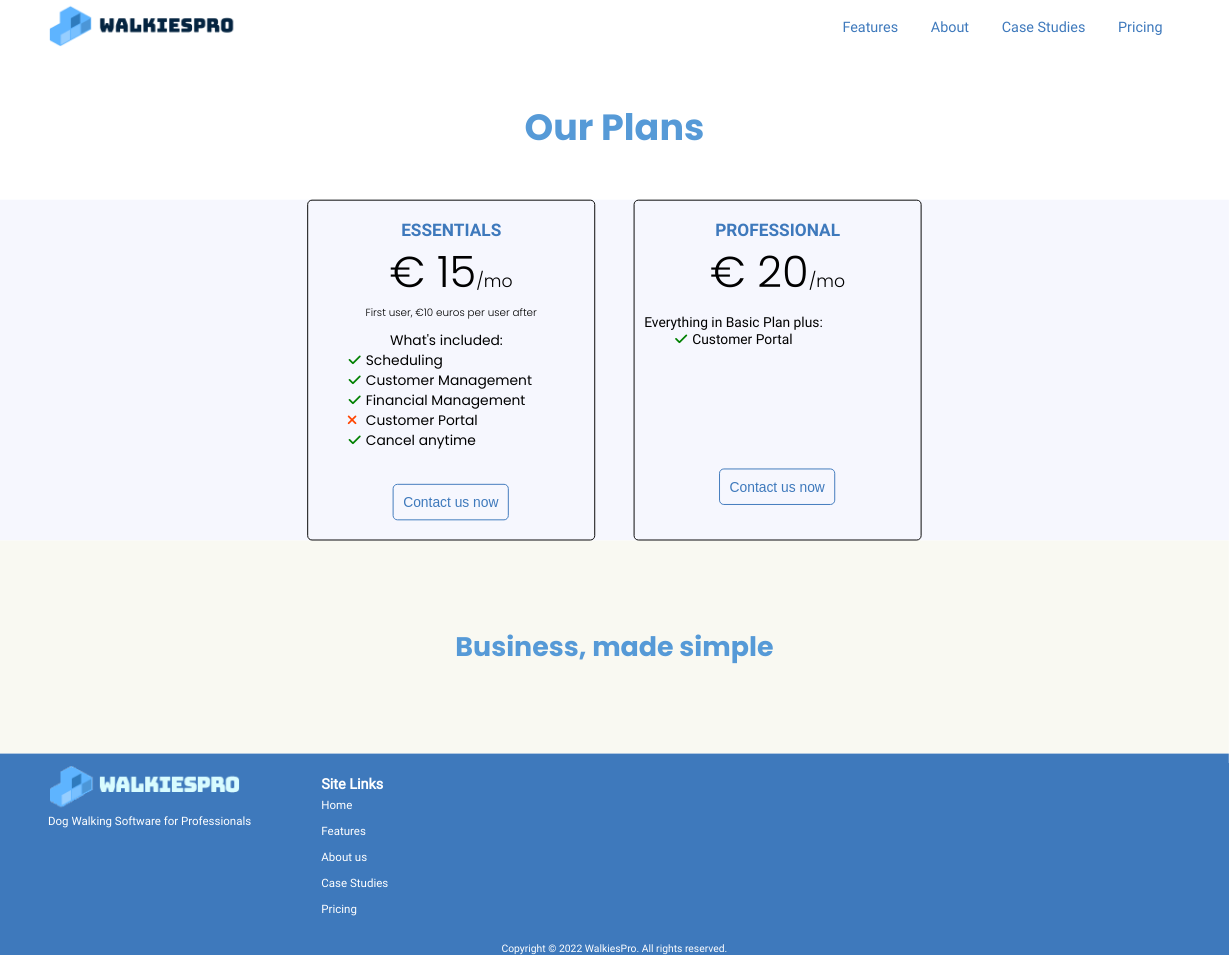
Repository: StevieC87/LAYOUT4
Page: pricing.html
An editor plug-in stored every save of this project. The page is shown before and after the next save, followed by the edit.
The browser window is 1280 px wide. The pictures show the whole page, at 96% of full size.

Above is the page before, as saved 2022-01-03 23:24:52.

### pricing.html
<!DOCTYPE html>
<html lang="en">
  <head>
    <meta charset="UTF-8" />
    <meta http-equiv="X-UA-Compatible" content="IE=edge" />
    <meta name="viewport" content="width=device-width, initial-scale=1.0" />
    <title>WalkiesPro Dog Walking Software</title>
    <link rel="stylesheet" href="css/styles.css" />
    <link rel="stylesheet" href="css/aboutus.css" />
    <link rel="stylesheet" href="css/footer.css" />
    <link rel="stylesheet" href="css/navbar.css" />
    <link rel="stylesheet" href="css/fonts.css" />
    <link rel="stylesheet" href="css/utilities.css" />
    <link rel="stylesheet" href="css/mediaqueries.css" />
    <link rel="stylesheet" href="css/pricing.css" />
    <!-- THIS js file - deferred so loads at the end -->
    <script type="text/javascript" src="js/scripts.js" defer></script>
    <link rel="stylesheet" href="https://use.fontawesome.com/releases/v5.15.4/css/all.css" integrity="sha384-DyZ88mC6Up2uqS4h/KRgHuoeGwBcD4Ng9SiP4dIRy0EXTlnuz47vAwmeGwVChigm" crossorigin="anonymous">


    <style></style>
  </head>
  <body>


    <div class="containernew">
      <div class="navwrapper">
        <!------------------ NAVBAR --------------------->
        <nav id="navbar" class="paddingspecial">
          <!--  <div class="paddingspecial"> -->
          <div id="logo" class="logodiv">
            <a href="index.html"><img src="images/logo.png" alt="logo" /></a>
          </div>
          <div id="hamburger-menu" class="hamburger-menu">
            <div class="line line-1"></div>
            <div class="line line-2"></div>
            <div class="line line-3"></div>
          </div>
          <div class="navlist">
            <ul tabindex="-1">
              <li><a class="current" href="features.html">Features</a></li>
              <li><a href="about-us.html">About</a></li>
              <li><a href="case-studies.html">Case Studies</a></li>
              <li><a href="pricing.html">Pricing</a></li>
            </ul>
          </div>
          <!-- </div> -->
        </nav>
      </div>
      <!-----------------HEADER--------------------->
      <section class="headerwrapper">
          <div class="headertitle">
            <h1>Our Plans</h1>
          </div>
      </section>
      <!------------------ PRICING TABLE --------------------->
      <section class="pricingouterwrapper">
          <div class="pricinginnerwrapper">
            <div class="pricingcard">
              <div class="cardtitle">ESSENTIALS</div>
              <div class="price">&#8364; 15<span class="miniprice">/mo</span></div>
              <div class=" centertext poppinslight smallfont ">First user, &#8364;10 euros per user after</div>
              <div class="pricelistdiv poppins">
                <div class="centertext" >What's included:</div>
              <!--   style="display: block" -->
                <ul class="pricelist poppins">
                      <li class="elementY">Scheduling</li>
                      <li class="elementY">Customer Management</li>
                      <li class="elementY">Financial Management</li>
                      <li class="elementx">Customer Portal</li>
                      <li class="elementY">Cancel anytime</li>
                    </ul>

              </div>
              <div class="btnprice">
                <button class="btn btnoutline">Contact us now</button>
              </div>
            </div>

            <!-- SECOND CARD PRO PLAN -->
            <div class="pricingcard" style="border: 1px solid black;">
             <div class="cardtitle">PROFESSIONAL</div>
             <div class="price">&#8364; 20<span class="miniprice">/mo </span>
             </div>
             <div class="pricelistdiv">Everything in Basic Plan plus:
                <ul class="pricelist  ">
                    <li class="elementY">Customer Portal</li>
                </ul>
             </div>
             <div class="btnprice">
              <button class="btn btnoutline ">Contact us now</button>
            </div>
        </div>

      </section>
      <!------------------ CONTACT US SECTION --------------------->
     <section class="contactuswrapper">
       <div class="contactusinnerwrapper">
        <h3 class="centertext">Business, made simple</h3>

       </div>
     </section>
      <!------------------ FOOTER --------------------->
      <footer id="footer">
        <div class="footerwrapper">
          <div class="footergriditem1">
            <img class="bottomlogo" src="images/logoblue.png" alt="logo" />
            <span class="whitetext bottomphrase"
              >Dog Walking Software for Professionals</span
            >
          </div>

          <div class="footergriditem2">
            <div><b class="whitetext footerlinkstitle">Site Links</b></div>
            <ul class="whitetext ulnostyle anostyle" style="font-size: 12px">
              <li><a href="../layout/index.html">Home</a> </li>
              <li><a href="features.html">Features</a> </li>
              <li><a href="about-us.html">About us</a> </li>
              <li><a href="case-studies.html">Case Studies</a></li>
              <li><a href="pricing.html">Pricing</a></li>
            </ul>
          </div>
          <div class="footergriditem3 whitetext smallfont">Copyright © 2022 WalkiesPro. All rights reserved.</div>
        </div>

      </footer>
    </div>
    <!-- end container -->

    <!------------------ SIDE MENU --------------------->
    <div id="menuhidden" class="menuhidden hiddenright">
      <div class="slidemenu">
        <ul tabindex="-1" aria-hidden="true">
          <li><a class="activeSidebarLi" href="index.html">Home</a></li>
          <li><a class="current" href="features.html">Features</a></li>
          <li><a href="about-us.html">About</a></li>
          <li><a href="case-studies.html">Case Studies</a></li>
          <li><a href="pricing.html">Pricing</a></li>
          <!--    <hr /> -->
        </ul>
      </div>
    </div>
  </body>
</html>

### css/styles.css
:root {
  /*  --myblue: #5da3df; */
  --myblue: #3e79bc;
  --myblueh1: #569ad7;
}

html,
body {
  box-sizing: border-box;
  font-size: 18px;
  font-family: Roboto;
  /*  line-height: 1rem; */
  margin: auto;
}
*,
*:before,
*:after {
  box-sizing: inherit;
}

h1,
h2,
h3,
h4,
h5,
h6 {
  font-family: PoppinsBold;
  color: var(--myblueh1);
  /* #5da3df */
  padding: 10px 0 10px 0;
  margin: 0px;
}
h1 {
  font-size: 38px;
  line-height: 2.8rem;
}
h2 {
  font-size: 38px;
}
h3 {
  font-size: 28px;
}
h4 {
  font-size: 26px;
}
h5 {
  font-size: 20px;
}
h6 {
  font-size: 18px;
}

.containernew {
  width: 100%;
}

### css/aboutus.css
/* * * * * * * * * * * * * * * * * * * * * * * * * * * * * * * * * * * * * * * *
ABOUT US
* * * * * * * * * * * * * * * * * * * * * * * * * * * * * * * * * * * * * * * */
.headerwrapper {
  width: 100%;
  display: grid;
  padding: 40px 0 40px 0;
}
.headertitle {
  grid-template-columns: 1fr;
  align-self: center;
  justify-self: center;
}

.headertextunder {
  /* max-width: 80%;  */
  max-width: 800px;
  grid-template-columns: 1fr;
  align-self: center;
  justify-self: center;
  font-size: 1rem;
  padding-top: 30px;
}
.meettheteamwrapper {
  width: 100%;
  display: grid;
  justify-content: center;
  background-color: #f6f7fe;
}
.meettheteamh2 {
  padding-top: 40px;
  text-align: center;
  /*  color: purple; */
  color: var(--myblueh1);
  /* color: #7f55ff; */
  width: 100%;
}
.meettheteamh2 > h2 {
  color: inherit;
}
.meetteamprofiles {
  max-width: 1000px;
  justify-content: center;
  display: grid;
  grid-template-columns: 1fr;
  grid-gap: 40px;
}
.contactuswrapper {
  padding: 80px 0 80px 0;
  background-color: #f9f9f2;
}
.contactusinnerwrapper {
}

.aboutusformgrid {
  max-width: 300px;
  margin: 0 auto;
  padding: 0 20px 0px 20px;
}
.textareadiv {
}
textarea {
  width: 100%;
  max-width: 300px;
  border-radius: 5px;
  border: 1px solid var(--myblue);
}
input,
label {
  display: block;
  width: 100%;
  max-width: 300px;
}
input {
  border-radius: 5px;
  border: 1px solid var(--myblue);
  padding: 10px;
}
label {
  padding-bottom: 5px;
  padding-top: 20px;
  color: var(--myblue);
}
@media (min-width: 336px) {
  .meetteamprofiles {
    grid-template-columns: 1fr 1fr;
  }
  .meettheteamprofile1 {
    justify-self: center;
    align-self: center;
  }
  .meettheteamprofile2 {
  }
}

### css/footer.css
/* * * * * * * * * * * * * * * * * * * * * * * * * * * * * * * * * * * * * * * *
                    FOOTER
* * * * * * * * * * * * * * * * * * * * * * * * * * * * * * * * * * * * * * * */

footer {
  background-color: var(--myblue);
  width: 100%;
  display: flex;
  justify-content: center;
  padding-top: 10px;
}
/* DEFAULT FOR SMALL SCREEN - MOBILE FIRST */
.footerwrapper {
  /* this is the inner div that serves as a grid with equal columns as container */
  width: 1200px;
  display: grid;
  grid-template-columns: 1fr;
  grid-gap: 0.2rem;
}
/* DEFAULT FOR SMALL SCREEN - MOBILE FIRST */
.footergriditem1 {
  grid-row: 1 / 2;
  /* grid-column: 1 / 2; */
  grid-column: 1 / -1;
}
/* DEFAULT FOR SMALL SCREEN - MOBILE FIRST */
.footergriditem2 {
  /* grid-column: 2 / 3; */
  grid-column: 1 / -1;
  grid-row: 3 / 4;
  padding-left: 10px;
  justify-self: start;
  padding-top: 10px;
  padding-bottom: 10px;

  /*  justify-self: self-end; */
  /* padding: 20px 0 0 40px; */
}
.footergriditem2:first-child {
  margin: 10px 0 10px 0;
}
.footergriditem3 {
  grid-row: 4 / 5;
  grid-column: 1 / -1;
  justify-self: center;
  align-self: center;
}
.bottomlogo {
  padding: 0px 0 0px 10px;
}
.bottomphrase {
  padding-left: 10px;
  display: block;
  text-align: left;
  font-size: 12px;
}
.footerlinkstitle {
  font-size: 15px;
}

@media (min-width: 336px) {
}
@media (min-width: 450px) {
  .footerwrapper {
    grid-template-columns: 226px 200px 1fr 0.2fr 0.2fr 0.2fr;
  }
  .footergriditem1 {
    grid-row: 1 / 2;
    grid-column: 1 / 2;
  }
  .footergriditem2 {
    grid-row: 1 / 2;
    grid-column: 2 / 3;
    padding-left: 0px;
    justify-self: center;
    padding-top: 10px;
    padding-bottom: 10px;
  }
}

### css/navbar.css
/* * * * * * * * * * * * * * * * * * * * * * * * * * * * * * * * * * * * * * * *
                          NAVBAR
* * * * * * * * * * * * * * * * * * * * * * * * * * * * * * * * * * * * * * * */
.navwrapper {
  display: flex;
  justify-content: center;
}
nav {
  background-color: white;
  width: 1200px;
  display: flex;
  justify-content: space-between;
}

.logodiv {
  padding-top: 5px;
  padding-left: 10px;
}
#navbar ul {
  list-style: none;
  margin-right: 15px;
  /*   float: right; */
}

#navbar ul li {
  float: left;
}

#navbar ul li a {
  display: block;
  margin: 0 14px 0 20px;
  /* padding: 0 20px 0 10px; */
  text-align: center;
  text-decoration: none;
  color: var(--myblue);
  /*  color: black; */

  font-size: 15px;
  /*  border-bottom: 1px solid transparent; */

  line-height: 21px;
}
#navbar ul li a:hover {
  /*  text-decoration: underline; */
  /*  border-bottom: 1px solid var(--myblue); */
  color: #9370db;
}

/* * * * * * * * * * * * * * * * * * * * * * * * * * * * * * * * * * * * * * * *
HAMBURGER MENU
* * * * * * * * * * * * * * * * * * * * * * * * * * * * * * * * * * * * * * * */

.hamburger-menu {
  width: 30px;
  height: 30px;
  padding-top: 7px;
  position: absolute;
  top: 7px;
  right: 10px;
  display: flex;
  flex-direction: column;
  justify-content: space-between;
  cursor: pointer;
  z-index: 100;
}

.line {
  width: inherit;
  height: 3px;
  background-color: var(--myblue);
  border-radius: 2px;
  transition-property: transform;
  transition-duration: 500ms;

  /*   transform-origin: right;
  transition: transform 0.5s; */
}

.line.openline:nth-child(1) {
  transform: translate(0px, 10px) rotate(45deg);
  /*  transform-origin: top; */
}
.line.openline:nth-child(2) {
  opacity: 0;
}
.line.openline:nth-child(3) {
  transform: translate(0px, -10px) rotate(-45deg);

  /*   transform-origin: top; */
}

.menuhidden {
  height: 100vh;
  width: 200px;
  background-color: white;
  position: fixed;
  top: 0;
  right: -200px;
  transition: ease 0.2s;
}

.visibleright {
  right: 0px;
  /*   transition: ease 4s; */
}
/* --------- SLIDEMENU ---------- */
.slidemenu ul {
  list-style: none;
  padding-top: 45px;
  padding-left: 0px;
  width: 100%;
  /*   float: right; */
}
.slidemenu ul li {
}
.slidemenu ul li a {
  display: block;
  padding: 10px 5px 10px 5px;
  margin: 0px 5px 0px 5px;
  text-align: center;
  text-decoration: none;
  line-height: 1.5rem;
  color: var(--myblue);
}
.slidemenu ul li a:hover {
  background-color: #fbfbfa;
  border-radius: 15px;
  /* opacity: 0.5; */
}
.activeSidebarLi {
  background-color: #fbfbfa;
  border-radius: 15px;
}
/* END SLIDEMENU */

### css/fonts.css
/* * * * * * * * * * * * * * * * * * * * * * * * * * * * * * * * * * * * * * * *
        FONT FAMILIESS
* * * * * * * * * * * * * * * * * * * * * * * * * * * * * * * * * * * * * * * */
@font-face {
  font-family: 'Bungee';
  src: url('../fonts/Bungee-Regular.ttf');
  src: local('☺'), url('../fonts/Bungee-Regular.ttf') format('truetype');
  font-display: block;
}
@font-face {
  font-family: 'Roboto';
  src: url('../fonts/Roboto-Regular.ttf');
  src: local('☺'), url('../fonts/Roboto-Regular.ttf') format('truetype');
  font-display: block;
}
@font-face {
  font-family: 'Roboto-Bold';
  src: url('../fonts/Roboto-Bold.ttf');
  src: local('☺'), url('../fonts/Roboto-Bold.ttf') format('truetype');
  font-display: block;
}
@font-face {
  font-family: 'Ubuntu';
  src: url('../fonts/Ubuntu-Regular.ttf');
  src: local('☺'), url('../fonts/Ubuntu-Regular.ttf') format('truetype');
  font-display: block;
}
@font-face {
  font-family: 'UbuntuBold';
  src: url('../fonts/Ubuntu-Bold.ttf');
  src: local('☺'), url('../fonts/Ubuntu-Bold.ttf') format('truetype');
  font-display: block;
}
@font-face {
  font-family: 'Poppins';
  src: url('../fonts/Poppins-Regular.ttf');
  src: local('☺'), url('../fonts/Poppins-Regular.ttf') format('truetype');
  font-display: block;
}
@font-face {
  font-family: 'PoppinsBold';
  src: url('../fonts/Poppins-Bold.ttf');
  src: local('☺'), url('../fonts/Poppins-Bold.ttf') format('truetype');
  font-display: block;
}
@font-face {
  font-family: 'PoppinsLight';
  src: url('../fonts/Poppins-Light.ttf');
  src: local('☺'), url('../fonts/Poppins-Light.ttf') format('truetype');
  font-display: block;
}
@font-face {
  font-family: 'FontAwesome';
  src: url('../fonts/fa-solid-900.ttf');
  src: local('☺'), url('../fonts/fa-solid-900.ttf') format('truetype');
  font-display: block;
}
.bungee {
  font-family: Bungee;
}
.ubuntu {
  font-family: Ubuntu;
}
.ubuntuBold {
  font-family: UbuntuBold;
}
.poppins {
  font-family: Poppins;
}
.poppinslight {
  font-family: PoppinsLight;
}
.poppinsbold {
  font-family: PoppinsBold;
}

### css/utilities.css
.btn {
  cursor: pointer;
  transition-property: background-color, color, border;
  transition-duration: 200ms;
  transition-timing-function: ease-in;
}

.btnoutline {
  background-color: transparent;
  border: 1px solid var(--myblue);
  border-radius: 5px;
  color: var(--myblue);
  padding: 10px;
  font-size: 0.8rem;
  /*  font-weight: bold */
}
.allfeaturesbtn {
  padding: 15px 20px 15px 20px;
  border-radius: 10px;
  border: 1px solid var(--myblue);
  /*   background-color: var(--myblue); */
  background-color: WHITE;
  /* color: white; */
  color: var(--myblue);
  font-weight: bold;
  font-size: 1.2rem;
}
.allfeaturesbtn:hover {
  background-color: var(--myblue);
  color: white;
}
.submit {
  margin-top: 20px;
  padding: 8px 6px 8px 6px;
  border-radius: 6px;
  width: 100px;
  background-color: var(--myblue);
  border: 1px solid var(--myblue);
  color: #f9f9f2;
  font-size: 1.2rem;
  /*  font-weight: bold; */
}

/* * * * * * * * * * * * * * * * * * * * * * * * * * * * * * * * * * * * * * * *
UTILITY CLASSES
* * * * * * * * * * * * * * * * * * * * * * * * * * * * * * * * * * * * * * * */

.centertext {
  text-align: center;
}
.centerimg {
  display: block;
  margin-left: auto;
  margin-right: auto;
  /*   width: 50%; */
}
.centerhorizvert {
  align-self: center;
  justify-self: center;
}
/* visible/invis from screen readers & visually */
.invisible {
  visibility: hidden;
}
.visible {
  visibility: visible;
}
.whitetext {
  color: white;
}
.smallfont {
  font-size: 0.6rem;
}
.mediumfont {
  font-size: 0.8rem;
}
.ulnostyle {
  list-style: none;
  line-height: 1.5rem;
  padding: 0;
  margin: 0;
}
.anostyle > li a {
  text-decoration: none;
  color: white;
}

### css/mediaqueries.css
/* to switch to hamburger menu */
@media (min-width: 677px) {
  .hamburger-menu {
    visibility: hidden;
  }
  .section2divrow {
    grid-template-columns: 1fr 1fr;
  }
  .section1innerwrapper {
    grid-template-columns: 2fr 1fr;
  }
}
@media (max-width: 676px) {
  /* HIDE NAV LI WHEN SMALL SCREEN */
  nav {
    width: 1200px;
  }

  .navlist {
    visibility: hidden;
    display: none;
  }
  .hamburger-menu {
    visibility: visible;
  }

  /* ADVANCED SCHEDULING DIV - flip order: image last */
  .section2imgleft1 {
    grid-row: 2;
  }
  .section2textright1 {
    grid-row: 1;
  }
  /* FINANCIAL MANAGEMENT DIV - flip order: image last */
  .section2imgleft3 {
    grid-row: 2;
  }
  .section2textleft3 {
    grid-row: 1;
  }
}

### css/pricing.css
.pricingcard {
  border: 1px solid black;
  border-radius: 5px;
  min-height: 300px;
  min-width: 300px;
  font-size: 0.8rem;
  /*  background-color: #fbfbfa; */
}
.cardtitle {
  text-align: center;
  color: var(--myblue);
  padding: 20px 0 0 0;
  font-size: 1rem;
  font-family: Roboto-Bold;
}

.price {
  text-align: center;
  font-size: 2.5rem;
  font-family: PoppinsLight;
}
.miniprice {
  font-size: 1rem;
}
.pricelistdiv {
  padding: 10px 20px 0px 10px;
  height: 170px;
}
.pricingcard1 {
}
.pricingcard2 {
}

.pricelist {
  list-style-type: none;
  padding-top: 0px;
  margin-block-start: 0em;
}
.pricelist li {
  padding-left: 10px;
}
li:before {
}

.elementx::before {
  color: orangered;
  content: '\f00d'; /* FontAwesome Unicode */
  font-family: FontAwesome;
  display: inline-block;
  margin-left: -1.3em; /* same as padding-left set on li */
  width: 1.3em; /* same as padding-left set on li */
}
.elementY::before {
  color: green;
  content: '\f00c'; /* FontAwesome Unicode */
  font-family: FontAwesome;
  display: inline-block;
  margin-left: -1.3em; /* same as padding-left set on li */
  width: 1.3em; /* same as padding-left set on li */
}
.btnprice {
  width: 122px;
  margin: 0 auto;
  padding-bottom: 20px;
}

.pricingouterwrapper {
  width: 100%;
  display: grid;
  justify-content: center;
  background-color: #f6f7fe;
}
.pricinginnerwrapper {
  max-width: 1000px;
  justify-content: center;
  display: grid;
  grid-template-columns: 1fr;
  grid-gap: 40px;
}
@media (min-width: 676px) {
  .pricinginnerwrapper {
    grid-template-columns: 1fr 1fr;
  }
}

### js/scripts.js
const hamburgerbutton = document.querySelector('#hamburger-menu');
hamburgerbutton.addEventListener('click', function () {
  //  vis();
  slide();
  transformlines();
});

function slide() {
  const slideme = document.querySelector('#menuhidden');
  const slidemeclasses = slideme.classList;
  //  slideme.classList.replace('hiddenright', 'visibleright');
  const slidemeclassestoggle = slidemeclasses.toggle('visibleright');
}

function transformlines() {
  //for each line add a class ideally
  document.querySelectorAll('.line').forEach((item) =>
    //item.style.backgroundColor = "pink"
    item.classList.toggle('openline')
  );
}

After the next save:
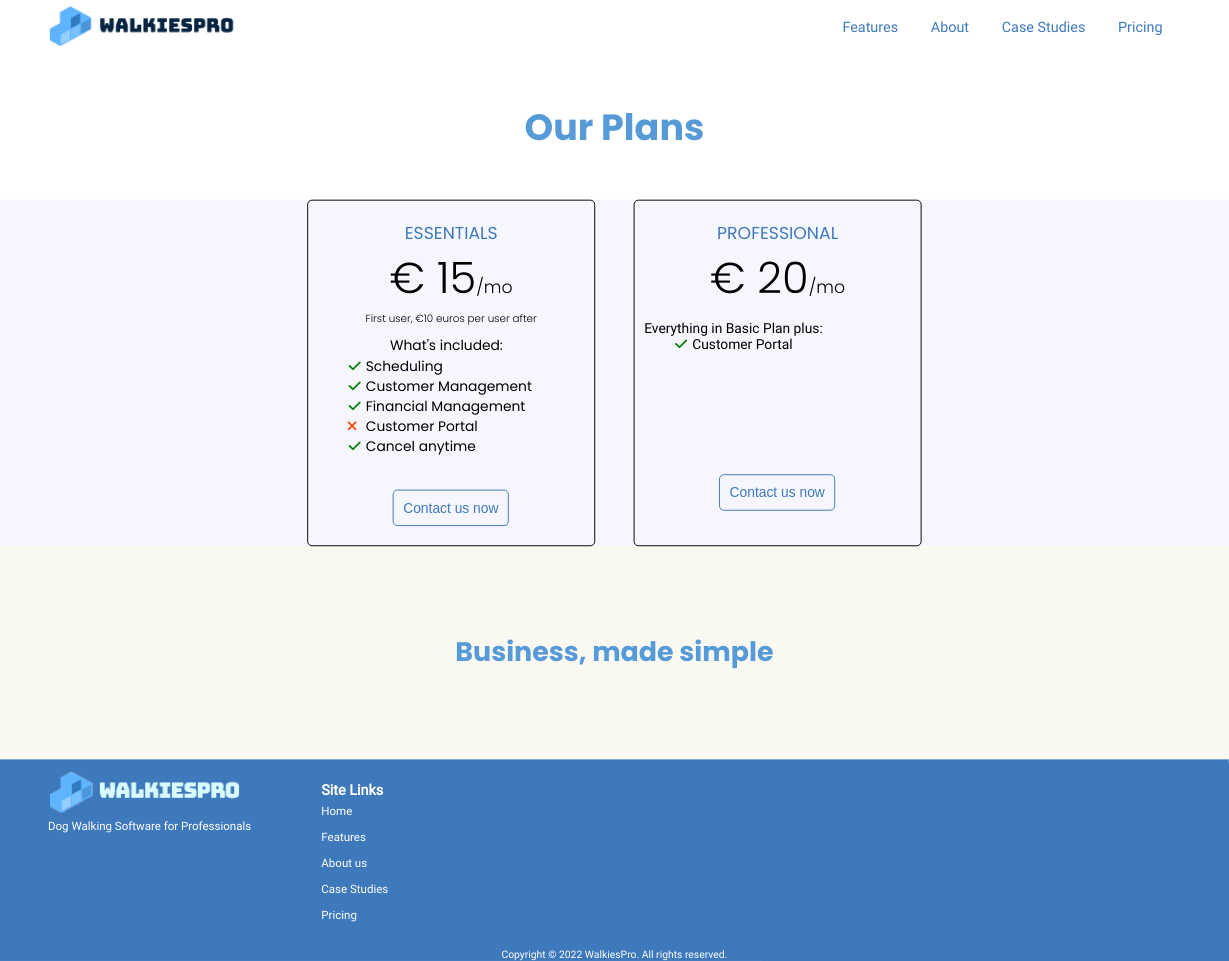
Saved 49 min 30 s later.
--- a/css/pricing.css
+++ b/css/pricing.css
@@ -11,7 +11,7 @@
   color: var(--myblue);
   padding: 20px 0 0 0;
   font-size: 1rem;
-  font-family: Roboto-Bold;
+  font-family: Poppins;
 }
 
 .price {
